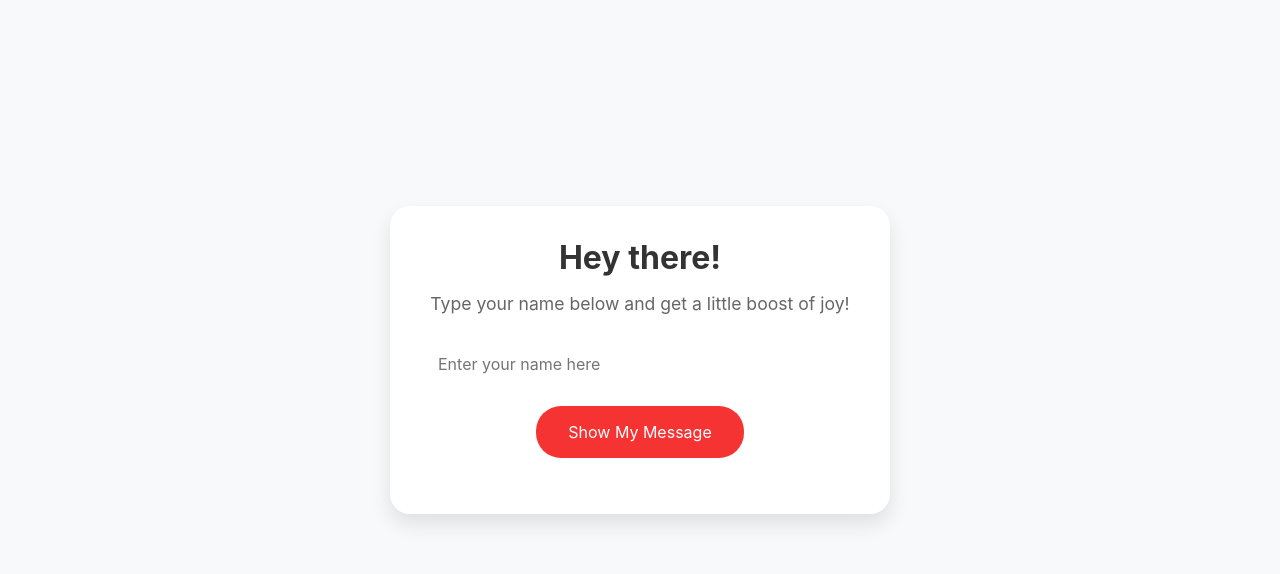
Repository: joelojieabu/biblicalWordsOfEncouragement
Page: biblicalWordsOfEncouragement.html
The author's editor kept a copy of each file at every save. The page is drawn from the files as they stood at one save, then again after a run of saves.
The browser window is 1280 px wide. The pictures show the whole page.

Above is the page before, as saved 2024-12-26 12:53:11.

### biblicalWordsOfEncouragement.html
<!DOCTYPE html>
<html lang="en">
  <head>
    <meta charset="UTF-8" />
    <meta name="viewport" content="width=device-width, initial-scale=1.0" />
    <title>Words of Encouragement</title>
    <style>
      * {
        margin: 0;
        padding: 0;
        box-sizing: border-box;
        font-family: -apple-system, BlinkMacSystemFont, "Segoe UI", Roboto,
          sans-serif;
      }

      body {
        min-height: 100vh;
        display: flex;
        justify-content: center;
        align-items: center;
        background-color: #f8f9fa;
      }

      .card {
        background-color: #fff;
        padding: 2rem;
        border-radius: 20px;
        box-shadow: 0 10px 20px rgba(0, 0, 0, 0.1);
        width: 90%;
        max-width: 500px;
        text-align: center;
        transition: transform 0.3s ease;
      }

      .card:hover {
        transform: translateY(-5px);
      }

      h1 {
        color: #333;
        margin-bottom: 1rem;
        font-size: 2rem;
      }

      .subtitle {
        color: #666;
        margin-bottom: 1.5rem;
        font-size: 1.1rem;
      }

      input {
        width: 100%;
        padding: 1rem;
        margin-bottom: 1rem;
        border: none;
        border-radius: 10px;
        font-size: 1rem;
        outline: none;
      }

      button {
        background-color: rgb(246, 51, 51);
        color: white;
        border: none;
        padding: 1rem 2rem;
        border-radius: 25px;
        cursor: pointer;
        font-size: 1rem;
        transition: background-color 0.3s ease;
      }

      button:hover {
        background-color: rgb(250, 147, 147);
      }

      #message {
        margin-top: 1.5rem;
        color: #444;
        font-size: 1.1rem;
        opacity: 0;
        transition: opacity 0.5s ease;
      }

      #message.visible {
        opacity: 1;
      }

      .heart {
        color: #ff4d6d;
        display: inline-block;
        animation: beat 1s infinite;
      }

      @keyframes beat {
        0%,
        100% {
          transform: scale(1);
        }
        50% {
          transform: scale(1.2);
        }
      }
    </style>
  </head>
  <body>
    <div class="card">
      <h1>Hey there!</h1>
      <p class="subtitle">
        Type your name below and get a little boost of joy!
      </p>
      <input type="text" id="nameInput" placeholder="Enter your name here" />
      <button onclick="showMessage()">Show My Message</button>
      <p id="message"></p>
    </div>

    <script>
      const messages = [
        "Beloved, My help is on the way. Isaiah 51:5",
        "Precious One, You belong to Me. When you go through deep waters, I will be right there with you. Isaiah 43:1-2",
        "Dearest One, My Spirit is with you always. Isaiah 11:2",
        "Precious Child, I have written your name on My hands. You are always in My thoughts. Isaiah 49:16",
        "My Child, I go before you and behind you. I am holding you with My hand. Psalm 139:5",
        "Beloved, I am the One who makes all things new. Trust that I am working in your life. Revelation 21:5",
        "Beloved, You are never alone. I am with you wherever you go. Joshua 1:9",
        "My Child, I know every detail of your life. I have numbered even the hairs on your head. Matthew 10:30",
        "Beloved, I know your heart and hear your cries. I am near, comforting you always. Psalm 34:18",
        "My Precious One, I am your God who takes hold of your right hand and says, 'Do not fear; I will help you.' Isaiah 41:13",
        "My Dearest Child, I am with you in every trial and every joy. You are never out of My sight. Psalm 139:7-10",
        "My Child, When you call on Me, I will answer; when you seek Me, you will find Me. Jeremiah 33:3",
        "Beloved, I am your peace; let not your heart be troubled or afraid. John 14:27",
        "Dear One, I, The Lord who see you, will restore to you the years that the locust has eaten. Joel 2:25",
        "My Child, Though you walk through valleys, fear no evil, for I am with you always. Psalm 23:4",
        "Precious One, I am your shepherd; with Me, you lack nothing. Psalm 23:1-2",
        "Beloved, You are never alone. Hebrews 13:5",
        "Dearest Child, The mountains may skip like lambs, and the hills be removed, but My love shall not depart from you. Isaiah 54:10",
        "Beloved, Be strong and courageous. Do not be afraid, for I go with you wherever you go. Joshua 1:9",
        "My Dear, I know the plans I have for you, plans to prosper you and not to harm you, plans to give you hope and a future. Jeremiah 29:11",
        "My beloved, you are wonderfully made, and I see every detail of your heart and soul. You are precious to me. Psalm 139:14",
        "Even in your struggles, my love for you remains steadfast. There is nothing that can separate us. Romans 8:38-39",
        "Trust in my love, for I hold your heart in my hands. Share with me your fears and joys. Psalm 55:22",
        "Your laughter brings me joy, and your smiles light up my heart. You are a treasure to me. Zephaniah 3:17",
        "In your trials, I am molding you into something beautiful. Trust that I am at work in you. Romans 8:28",
        "Just as an artist pours love into their creation, I have crafted you with purpose and beauty. Ephesians 2:10",
        "I placed dreams in your heart for a reason. Pursue them with courage, and I will be with you. Jeremiah 29:11",
      ];

      function showMessage() {
        const nameInput = document.getElementById("nameInput");
        const messageElement = document.getElementById("message");
        const name = nameInput.value.trim();

        if (name === "") {
          alert("Please enter your name");
          return;
        }

        const randomMessage =
          messages[Math.floor(Math.random() * messages.length)];
        messageElement.innerHTML = `${name}, ${randomMessage} <span class="heart">❤</span>`;
        messageElement.classList.add("visible");
      }

      // Allow Enter key to trigger the button
      document
        .getElementById("nameInput")
        .addEventListener("keypress", function (e) {
          if (e.key === "Enter") {
            showMessage();
          }
        });
    </script>
  </body>
</html>

After the next 3 saves:
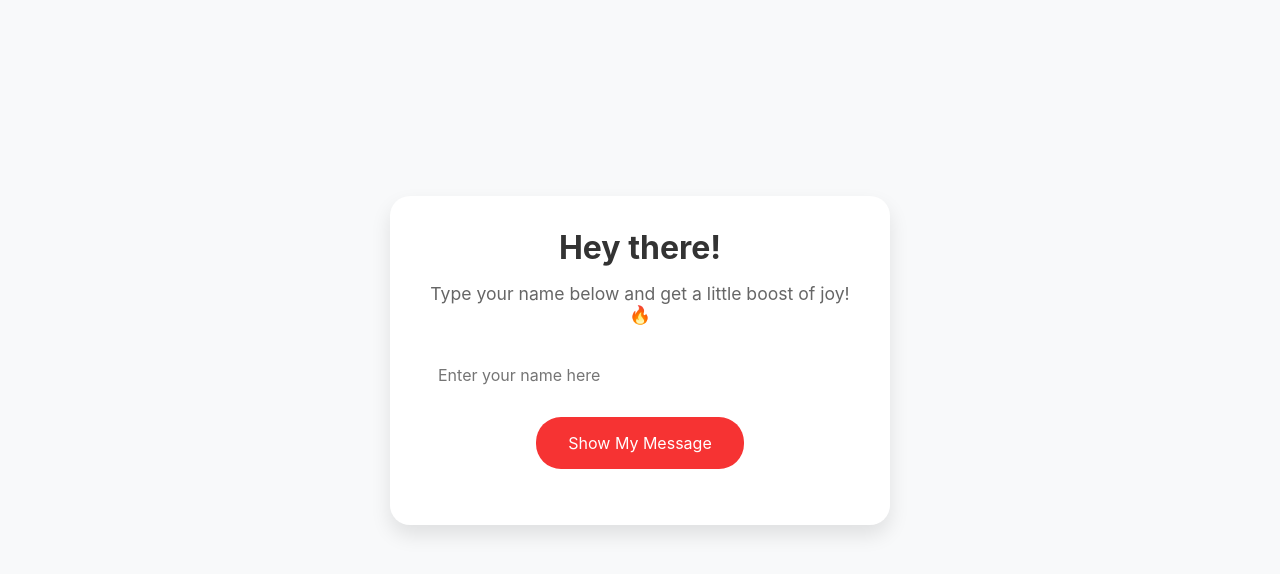
The 3 saves are shown as one change because they came seconds apart.
The last was saved 7 s later.
--- a/biblicalWordsOfEncouragement.html
+++ b/biblicalWordsOfEncouragement.html
@@ -106,7 +106,7 @@
     <div class="card">
       <h1>Hey there!</h1>
       <p class="subtitle">
-        Type your name below and get a little boost of joy!
+        Type your name below and get a little boost of joy! 🔥
       </p>
       <input type="text" id="nameInput" placeholder="Enter your name here" />
       <button onclick="showMessage()">Show My Message</button>

After the save that followed:
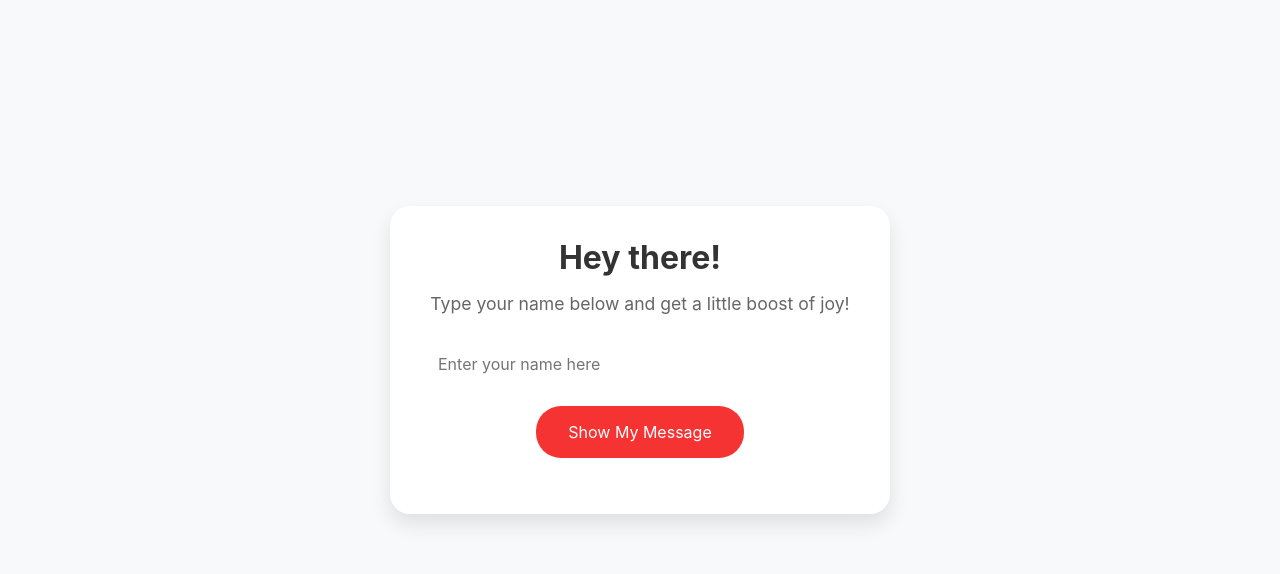
Saved 5 s later.
--- a/biblicalWordsOfEncouragement.html
+++ b/biblicalWordsOfEncouragement.html
@@ -106,7 +106,7 @@
     <div class="card">
       <h1>Hey there!</h1>
       <p class="subtitle">
-        Type your name below and get a little boost of joy! 🔥
+        Type your name below and get a little boost of joy!
       </p>
       <input type="text" id="nameInput" placeholder="Enter your name here" />
       <button onclick="showMessage()">Show My Message</button>
